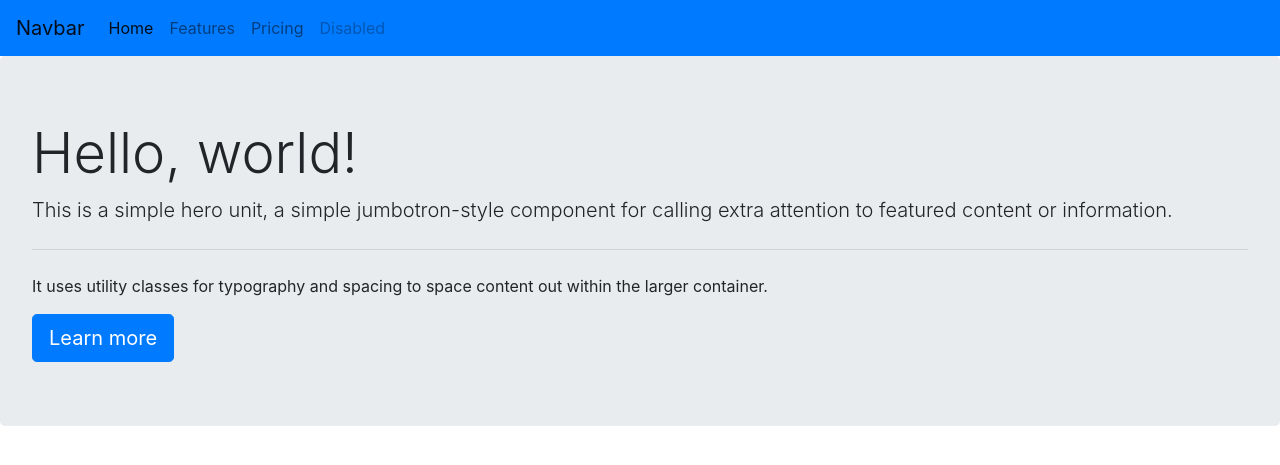
Repository: Nilda-hub/HTML
Page: http://localhost/index
An editor plug-in stored every save of this project. The page is shown before and after the next save, followed by the edit.
The browser window is 1280 px wide. The pictures show the whole page.
The page is this project's Thymeleaf template; nobody is signed in. The template is opened directly, without the code that normally fills it, so the values that code supplies are empty.

Above is the page before, as saved 2021-10-22 04:05:33.

### Springboot-Workspace/demo/src/main/resources/templates/index.html
<!DOCTYPE html>
<html lang="es">
  <head>
    <link th:href="@{/css/bootstrap.css}" rel="stylesheet" href="../static/css/bootstrap.css">
    <script th:src="@{/js/jquery.js}" src="../static/js/jquery.js"></script>
    <script th:src="@{/js/bootstrap.js}" src="../static/js/bootstrap.js"></script>
    <title>Curso Spring Boot</title>
  </head>
  <body>
   <nav style="color:white" class="navbar navbar-expand-lg navbar-light bg-primary">
  <a class="navbar-brand" href="#">Navbar</a>
  <button class="navbar-toggler" type="button" data-toggle="collapse" data-target="#navbarNav" aria-controls="navbarNav" aria-expanded="false" aria-label="Toggle navigation">
    <span class="navbar-toggler-icon"></span>
  </button>
  <div class="collapse navbar-collapse" id="navbarNav">
    <ul class="navbar-nav">
      <li class="nav-item active">
        <a class="nav-link" href="#">Home <span class="sr-only">(current)</span></a>
      </li>
      <li class="nav-item">
        <a class="nav-link" href="#">Features</a>
      </li>
      <li class="nav-item">
        <a class="nav-link" href="#">Pricing</a>
      </li>
      <li class="nav-item">
        <a class="nav-link disabled" href="#" tabindex="-1" aria-disabled="true">Disabled</a>
      </li>
    </ul>
  </div>
</nav>
  <div class="jumbotron">
  <h1 class="display-4">Hello, world!</h1>
  <p class="lead">This is a simple hero unit, a simple jumbotron-style component for calling extra attention to featured content or information.</p>
  <hr class="my-4">
  <p>It uses utility classes for typography and spacing to space content out within the larger container.</p>
  <a class="btn btn-primary btn-lg" href="#" role="button">Learn more</a>
</div>
  </body>
</html>

Loaded but not shown: Springboot-Workspace/demo/src/main/resources/static/css/bootstrap.css (library); Springboot-Workspace/demo/src/main/resources/static/js/jquery.js (library); Springboot-Workspace/demo/src/main/resources/static/js/bootstrap.js (library)

After the next save:
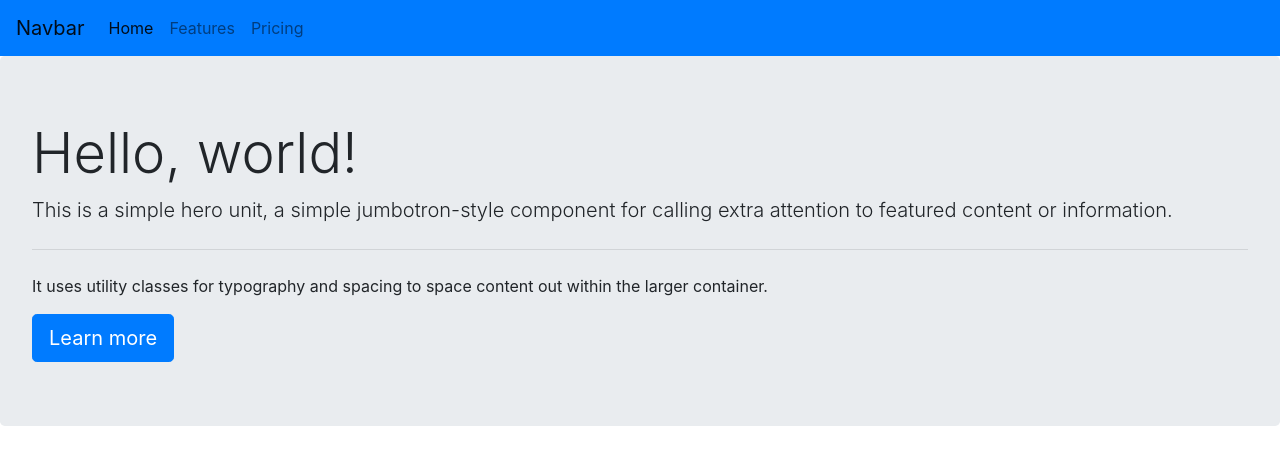
Saved 3 min 44 s later.
--- a/Springboot-Workspace/demo/src/main/resources/templates/index.html
+++ b/Springboot-Workspace/demo/src/main/resources/templates/index.html
@@ -24,7 +24,6 @@
         <a class="nav-link" href="#">Pricing</a>
       </li>
       <li class="nav-item">
-        <a class="nav-link disabled" href="#" tabindex="-1" aria-disabled="true">Disabled</a>
       </li>
     </ul>
   </div>
